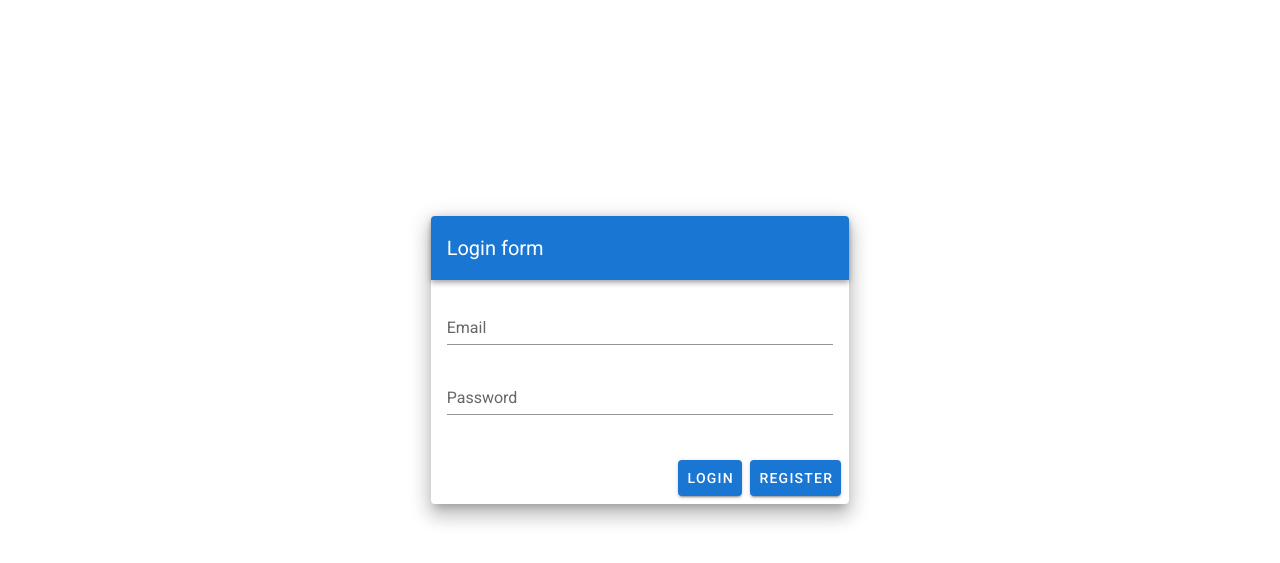
Repository: pao741/vue-todo
Page: /#/
These files come from the project's save history. The page is drawn as it stood at one moment and after the next save; the edit follows.
The browser window is 1280 px wide. The pictures show the whole page.
The page's requests for data from a server got no answer. The project was rebuilt for these pictures with package versions that can differ from the ones it lists, and the page was loaded fresh each time. No one was signed in, and anything a server would have sent is missing. Also part of the build but not shown: vue.config.js.

Above is the page before, as saved 2021-02-08 16:36:14.

### src/main.js
import Vue from 'vue';
// import Vuex from 'vuex';
// import VueRouter from 'vue-router';
import App from './App.vue';
import vuetify from './plugins/vuetify';
import firebase from 'firebase';

import 'vuetify/dist/vuetify.min.css';

const firebaseConfig = {
  apiKey: 'AIzaSyDDoWONGwbdeV8-j0yTCmUjzBNPDUFN7Q8',
  authDomain: 'vue-todo-ae3e5.firebaseapp.com',
  projectId: 'vue-todo-ae3e5',
  storageBucket: 'vue-todo-ae3e5.appspot.com',
  messagingSenderId: '816401963007',
  appId: '1:816401963007:web:1f3f49cc385198e51af9ca',
  measurementId: 'G-G9PREJ9C9D',
};
// Initialize Firebase
firebase.initializeApp(firebaseConfig);
firebase.analytics();

Vue.config.productionTip = false;
// Vue.use(Vuex);

new Vue({
  vuetify,
  render: (h) => h(App),
}).$mount('#app');

### src/App.vue
<template>
  <v-app>
    <v-main>
      <Login />
    </v-main>
  </v-app>
</template>

<script>
import Login from "./components/Login";

export default {
  name: "App",

  components: {
    Login
  },

  data: () => ({
    //
  })
};
</script>

### src/components/Login.vue
<template>
  <v-app id="inspire">
    <v-content>
      <v-container fluid fill-height>
        <v-layout align-center justify-center>
          <v-flex xs12 sm8 md4>
            <v-card class="elevation-12">
              <v-toolbar dark color="primary">
                <v-toolbar-title>Login form</v-toolbar-title>
              </v-toolbar>
              <v-card-text>
                <v-form>
                  <v-text-field
                    name="email"
                    label="Email"
                    type="text"
                  ></v-text-field>
                  <v-text-field
                    id="password"
                    name="password"
                    label="Password"
                    type="password"
                  ></v-text-field>
                </v-form>
              </v-card-text>
              <v-card-actions>
                <v-spacer></v-spacer>
                <v-btn color="primary" @click="login()">Login</v-btn>
                <v-btn color="primary" @click="this.router.push('register')"
                  >Register</v-btn
                >
              </v-card-actions>
            </v-card>
          </v-flex>
        </v-layout>
      </v-container>
    </v-content>
  </v-app>
</template>

<script>
import firebase from "firebase";

export default {
  name: "Login",
  props: {
    source: String
  },
  data() {
    return {
      email: "",
      password: ""
    };
  },
  methods: {
    login() {
      firebase
        .auth()
        .signInWithEmailAndPassword(this.email, this.password)
        .then(user => {
          console.log(user.data);
        })
        .catch(error => {
          alert(error);
        });
    }
  }
};
</script>

<style></style>

Loaded but not shown: public/index.html (common file); src/plugins/vuetify.js (common file)

After the next save:
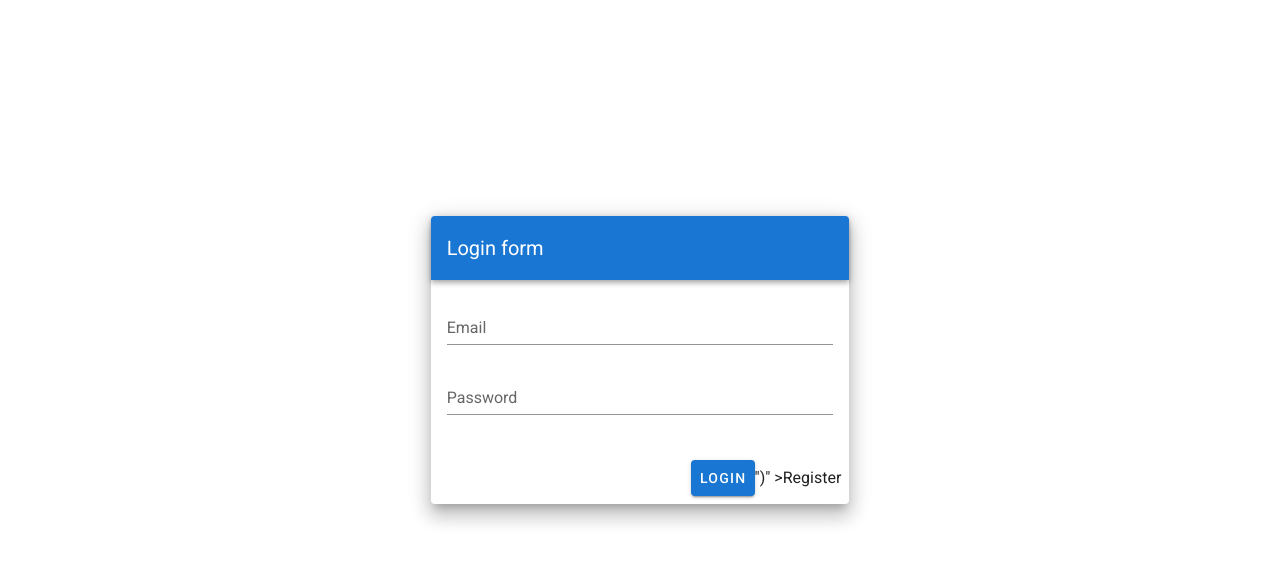
Saved 51 s later.
--- a/src/components/Login.vue
+++ b/src/components/Login.vue
@@ -26,7 +26,7 @@
               <v-card-actions>
                 <v-spacer></v-spacer>
                 <v-btn color="primary" @click="login()">Login</v-btn>
-                <v-btn color="primary" @click="this.router.push('register')"
+                <v-btn color="primary" @click="router.push("Register")"
                   >Register</v-btn
                 >
               </v-card-actions>

After the save that followed:
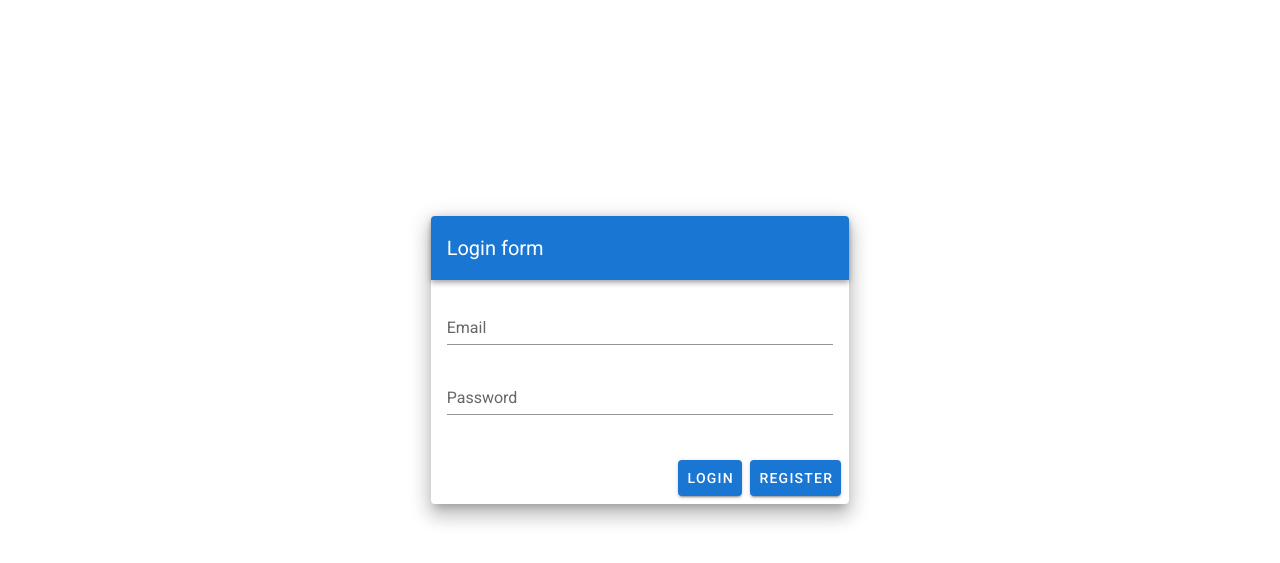
Saved 4 s later.
--- a/src/components/Login.vue
+++ b/src/components/Login.vue
@@ -26,7 +26,7 @@
               <v-card-actions>
                 <v-spacer></v-spacer>
                 <v-btn color="primary" @click="login()">Login</v-btn>
-                <v-btn color="primary" @click="router.push("Register")"
+                <v-btn color="primary" @click="this.router.push('register')"
                   >Register</v-btn
                 >
               </v-card-actions>
